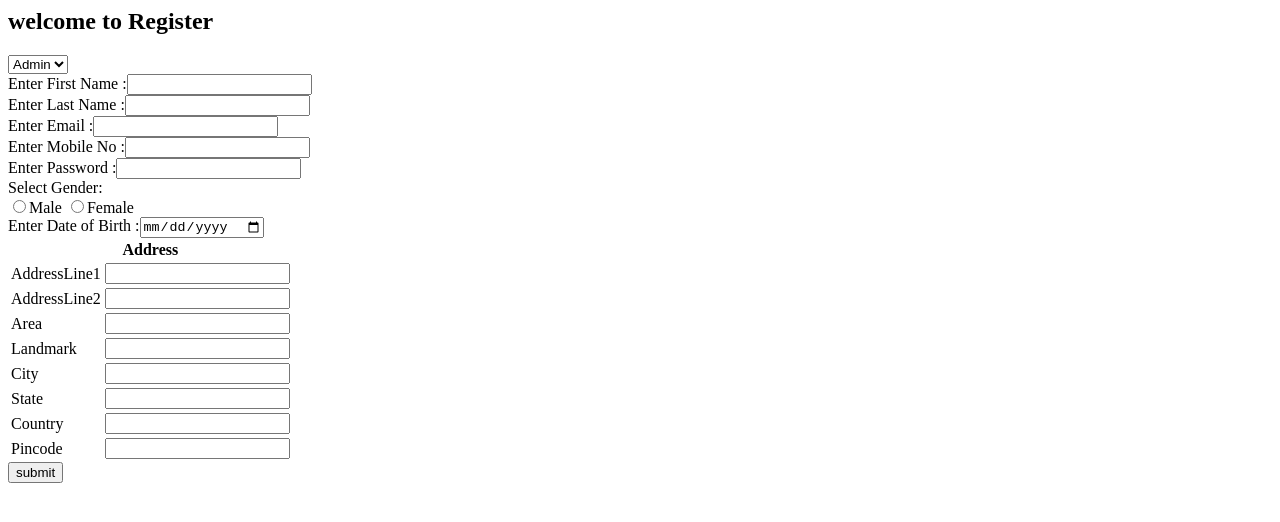
Repository: kewatraviraj/My_Work
Page: http://localhost/registration/
These files come from the project's save history. The page is drawn as it stood at one moment and after the next save; the edit follows.
The browser window is 1280 px wide. The pictures show the whole page.
The page is served by Tomcat 9.

Above is the page before, as saved 2018-08-30 10:37:56.

After the next save:
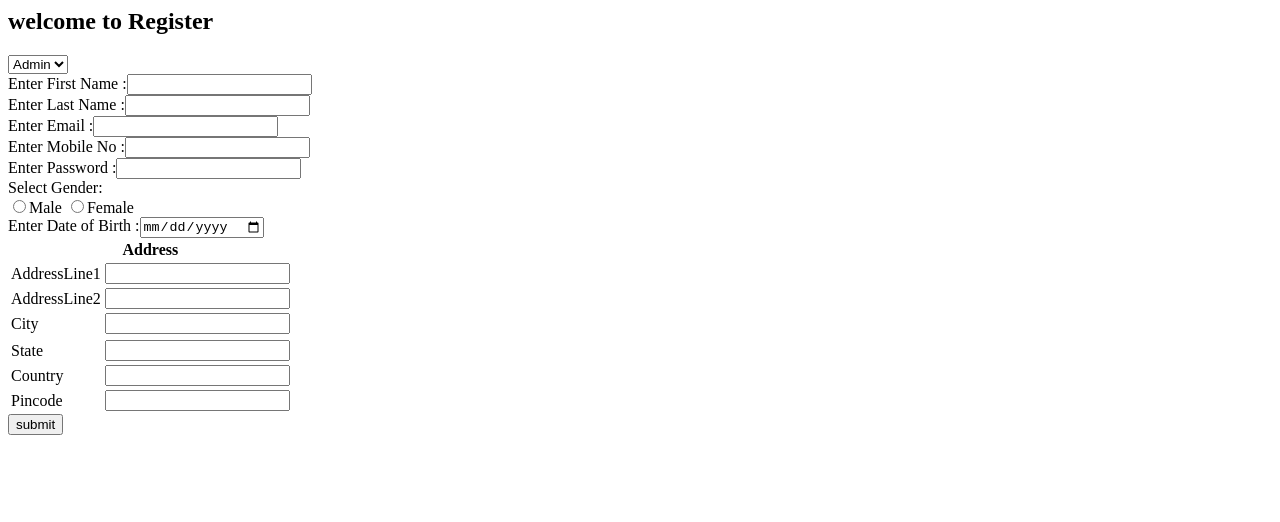
Saved 2 min 27 s later.
--- a/Eclipsework/registration/src/main/webapp/index.jsp
+++ b/Eclipsework/registration/src/main/webapp/index.jsp
@@ -19,51 +19,29 @@
 			id="dateOfBirth"><br>
 
 		<table>
-		<tr><th colspan="2">Address</th></tr>
-		<tr>
-			<td>AddressLine1</td><td><input type="text" name="line" id="address_line1"></td>
-		</tr>
-		<tr><td>AddressLine2</td>
-
-			<td><input type="text" name="street" id="street"></td>
+			<tr><th colspan="2">Address</th></tr>
+			<tr>
+				<td>AddressLine1</td><td><input type="text" name="line" id="address_line1"></td>
 			</tr>
 			<tr>
-				<td>Area
-
-			<td><input type="text" name="street" id="street"></td>
+				<td>AddressLine2</td><td><input type="text" name="street" id="street"></td>
 			</tr>
 			<tr>
-				<td>Landmark
-
-			<td><input type="text" name="landmark" id="landmark"></td>
+				<td>City</td><td><input type="text" name="city" id="city"></td>
+				</tr>
+			<tr>
+			<tr>
+				<td>State</td><td><input type="text" name="state" id="state"></td>
 			</tr>
 			<tr>
-				<td>City
-
-			<td><input type="text" name="city" id="city"></td>
+				<td>Country</td><td><input type="text" name="country" id="country"></td>
 			</tr>
 			<tr>
-				<td>State
+				<td>Pincode</td><td><input type="number" name="pincode" id="pincode"></td>
+			</tr>
+		</table>
 
-			<td><input type="text" name="state" id="state"></td>
-			</tr>
-			<tr>
-				<td>Country
-
-			<td><input type="text" name="country" id="country"></td>
-			</tr>
-			<tr>
-				<td>Pincode
-
-			<td><input type="number" name="pincode" id="pincode"></td>
-			</tr>
-
-			</table>
-
-
-
-			<input type="submit" value="submit"><br></f
-			orm>
+			<input type="submit" value="submit"><br></form>
 
 </body>
 </html>
